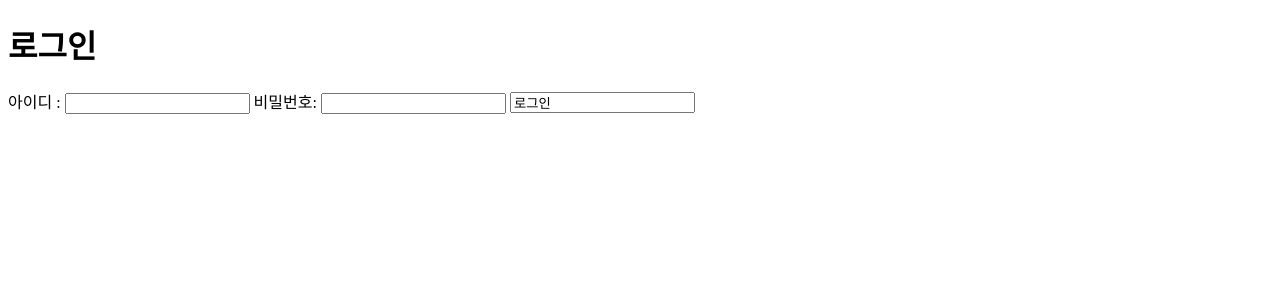
Repository: ReadStar/Jsp_MVC
Page: http://localhost/Test2/loginGet.jsp
The author's editor kept a copy of each file at every save. The page is drawn from the files as they stood at one save, then again after the next save.
The browser window is 1280 px wide. The pictures show the whole page.
The page is served by Tomcat 9.

Above is the page before, as saved 2020-11-03 00:19:47.

### Test2/WebContent/loginGet.jsp
<%@ page language="java" contentType="text/html; charset=UTF-8"
    pageEncoding="UTF-8"%>
<!DOCTYPE html>
<html>
<head>
<meta charset="UTF-8">
<title>Insert title here</title>
</head>
<body>
<h1>로그인</h1>
<form action="" method="get">
	아이디 : <input type="text" id="id">
	비밀번호: <input type="password" id="pass">
	<input type="subimit" value="로그인">
</form>
</body>
</html>

After the next save:
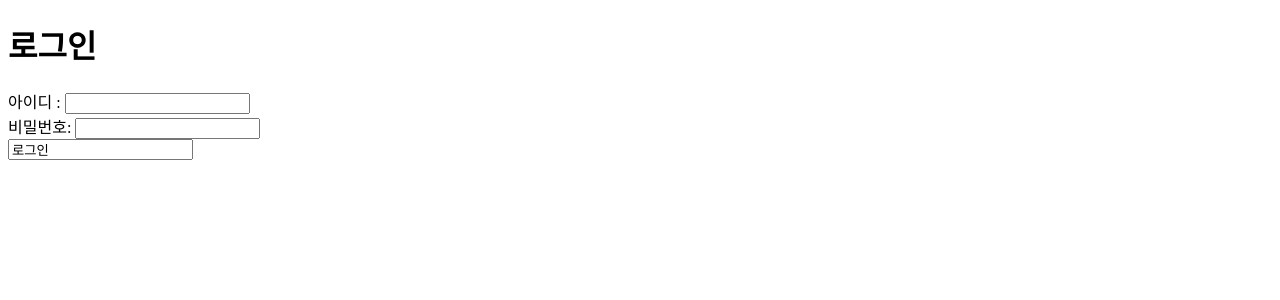
Saved 46 s later.
--- a/Test2/WebContent/loginGet.jsp
+++ b/Test2/WebContent/loginGet.jsp
@@ -9,8 +9,8 @@
 <body>
 <h1>로그인</h1>
 <form action="" method="get">
-	아이디 : <input type="text" id="id">
-	비밀번호: <input type="password" id="pass">
+	아이디 : <input type="text" id="id"><br>
+	비밀번호: <input type="password" id="pass"><br>
 	<input type="subimit" value="로그인">
 </form>
 </body>
